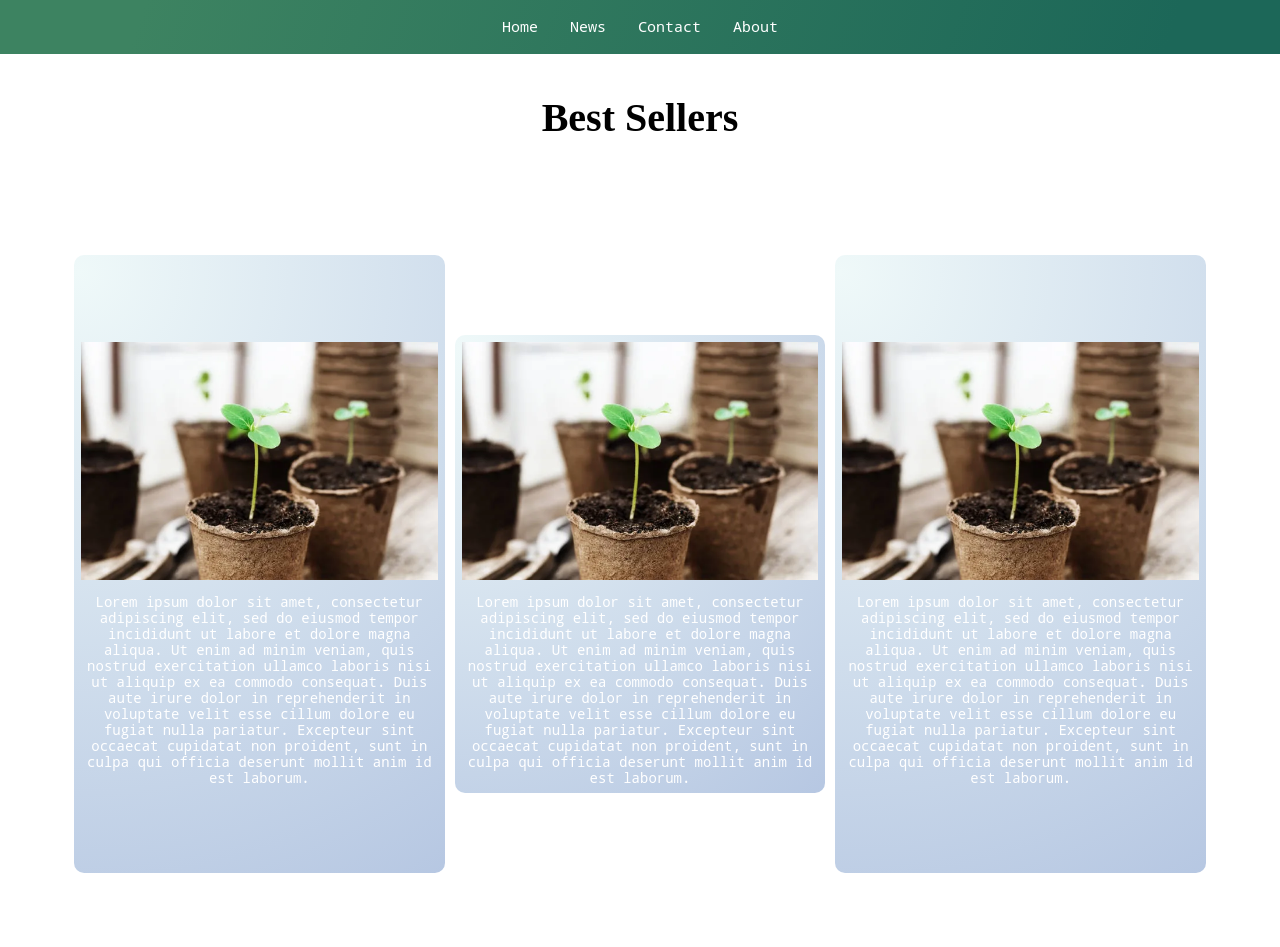
Repository: Flexo874/ISITECH-HTML-CSS
Page: index.html
These files come from the project's save history. The page is drawn as it stood at one moment and after the next save; the edit follows.
The browser window is 1280 px wide. The pictures show the whole page.

Above is the page before, as saved 2024-01-02 14:38:01.

### index.html
<!DOCTYPE html>
<html>
<head>
    <title>Navigation Bar</title>
     <link rel="stylesheet" type="text/css" href="./style.css">
</head>
<body>
    <ul>
        <li><a href="#home">Home</a></li>
        <li><a href="#news">News</a></li>
        <li><a href="#contact">Contact</a></li>
        <li><a href="#about">About</a></li>
    </ul>

    <h1 > Best Sellers</h1>



    <div class="container">

            <div class="item">
                <a>
                <img src="images/semis-prêt-à-être-planté-dans-le-jardin.webp" alt="Logo">
                <p>Lorem ipsum dolor sit amet, consectetur adipiscing elit, sed do eiusmod tempor incididunt ut labore et dolore magna aliqua. Ut enim ad minim veniam, quis nostrud exercitation ullamco laboris nisi ut aliquip ex ea commodo consequat. Duis aute irure dolor in reprehenderit in voluptate velit esse cillum dolore eu fugiat nulla pariatur. Excepteur sint occaecat cupidatat non proident, sunt in culpa qui officia deserunt mollit anim id est laborum.</p>
                </a>
            </div>
            <div class="item best">
                <a>
                <img src="images/semis-prêt-à-être-planté-dans-le-jardin.webp" alt="Logo">
                <p>Lorem ipsum dolor sit amet, consectetur adipiscing elit, sed do eiusmod tempor incididunt ut labore et dolore magna aliqua. Ut enim ad minim veniam, quis nostrud exercitation ullamco laboris nisi ut aliquip ex ea commodo consequat. Duis aute irure dolor in reprehenderit in voluptate velit esse cillum dolore eu fugiat nulla pariatur. Excepteur sint occaecat cupidatat non proident, sunt in culpa qui officia deserunt mollit anim id est laborum.</p>
                </a>
            </div>
            <div class="item">
                <a>
                <img src="images/semis-prêt-à-être-planté-dans-le-jardin.webp" alt="Logo">
                <p>Lorem ipsum dolor sit amet, consectetur adipiscing elit, sed do eiusmod tempor incididunt ut labore et dolore magna aliqua. Ut enim ad minim veniam, quis nostrud exercitation ullamco laboris nisi ut aliquip ex ea commodo consequat. Duis aute irure dolor in reprehenderit in voluptate velit esse cillum dolore eu fugiat nulla pariatur. Excepteur sint occaecat cupidatat non proident, sunt in culpa qui officia deserunt mollit anim id est laborum.</p>
                </a>
            </div>
    </div>


</body>
</html>

### style.css
*{
    margin: 0;
    padding: 0;

}
ul {
    list-style-type: none;
    margin: 0;
    padding: 0;
    overflow: hidden;
    background-image: linear-gradient( 109.6deg,  rgba(61,131,97,1) 11.2%, rgba(28,103,88,1) 91.1% );
    display: flex;
    list-style: none;
    box-sizing: border-box  ;
    justify-content: center;
}

li {
    position: relative;

}

li a {
    display: block;
    color: white;
    text-align: center;
    padding: 18px 16px;
    text-decoration: none;
    font-size: 15px;
    transition: .4s ease-in-out;
    position: center;
    font-family: "Noto Mono", monospace;

}

li a:hover {
    background-color: #111;
    border-radius: 5px;

}

h1 {
    padding: 40px;
    text-align: center;
    font-weight: bold;
    font-size: 40px;
}

.demo {
    border-color: red;
}


.container {
    display: grid;
    grid-template-columns: repeat(3, 1fr);
    grid-auto-rows: minmax(300px, auto);
    gap: 10px;
    padding: 10px;;
    margin: 5%;
}


.item {
    background-image: radial-gradient( circle farthest-corner at 1.3% 2.8%,  rgba(239,249,249,1) 0%, rgba(182,199,226,1) 100.2% );    display: flex;
    flex-direction: column;
    align-items: center;
    justify-content: center;
    border-radius: 10px;
}

.item.best {
    background-image: radial-gradient( circle farthest-corner at 1.3% 2.8%,  rgba(239,249,249,1) 0%, rgba(182,199,226,1) 100.2% );    display: flex;
    flex-direction: column;
    align-items: center;
    justify-content: center;
    border-radius: 10px;
    margin-bottom: 80px;
    margin-top: 80px;
}

.item a {
    margin: 7px;
}

.item a:hover {
    color: white;
}


.item img {
    max-width: 100%;
    height: auto;
}

.item p {
    margin-top: 10px;
    text-align: center;
    color: white;
    font-family: "Noto Mono", monospace;
    font-size: 14px;
}

After the next save:
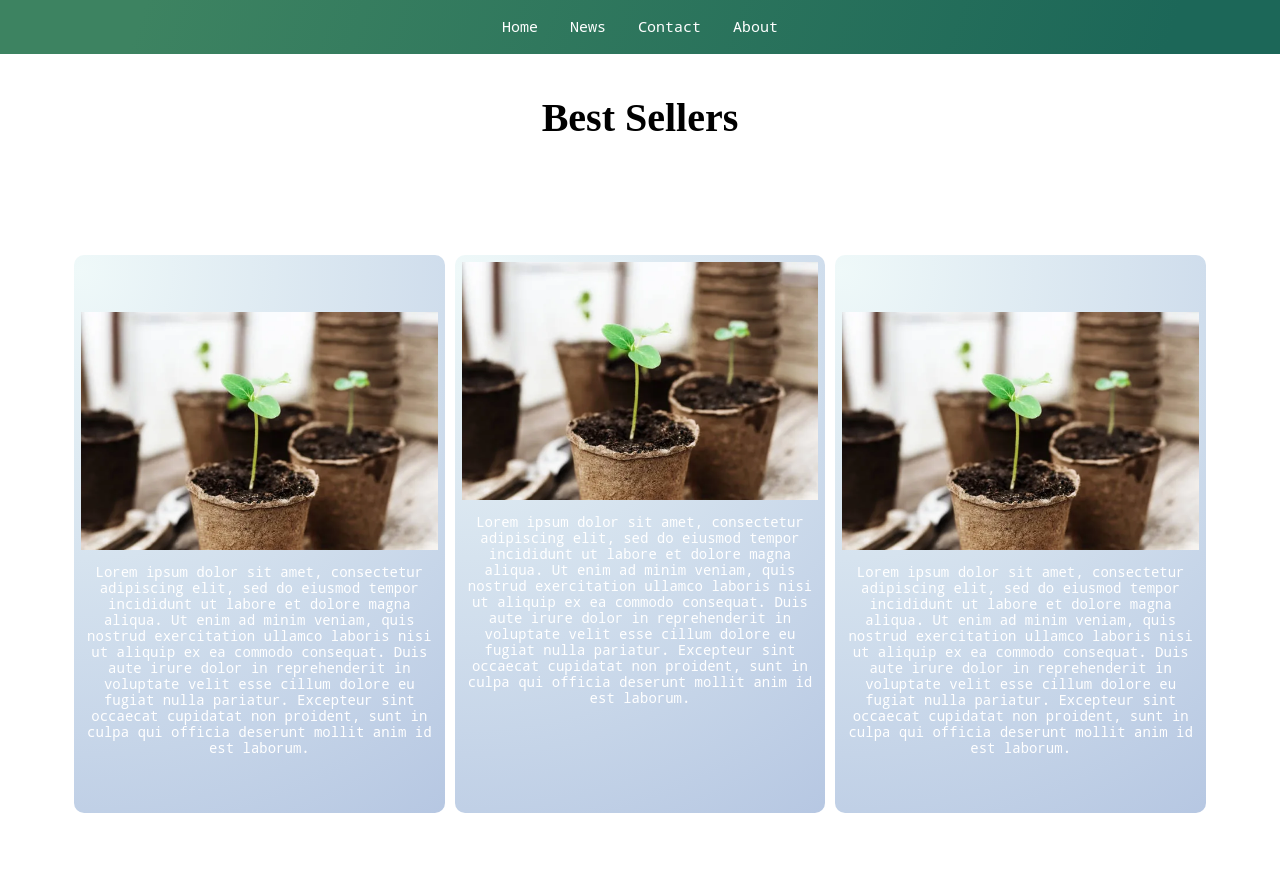
Saved 30 s later.
--- a/style.css
+++ b/style.css
@@ -75,8 +75,7 @@ h1 {
     align-items: center;
     justify-content: center;
     border-radius: 10px;
-    margin-bottom: 80px;
-    margin-top: 80px;
+    padding-bottom: 100px;
 }
 
 .item a {
